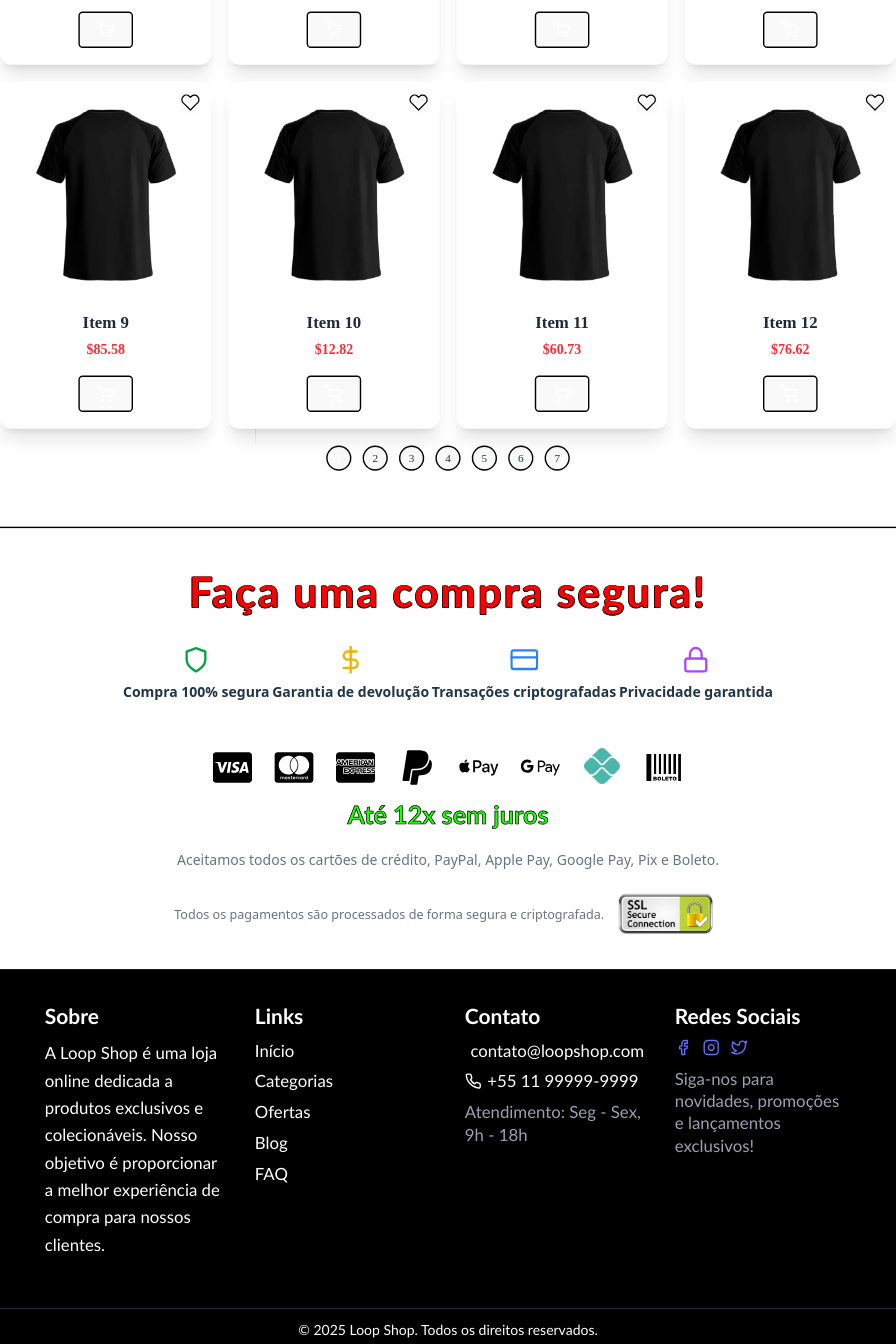
Repository: Kevin-Pro-Codes/looping-e-commerce
Page: / (app in loop-client/)
These files come from the project's save history. The page is drawn as it stood at one moment and after the next save; the edit follows.
The browser window is 1280 px wide. The pictures show the part of the page from y = 1439 to 3359 px (the page is 3368 px tall), at 70% of full size.
The project was rebuilt for these pictures with package versions that can differ from the ones it lists, and the page was loaded fresh each time. Also part of the build but not shown: loop-client/vite.config.js.

Above is the page before, as saved 2025-10-02 19:09:58.

After the next save:
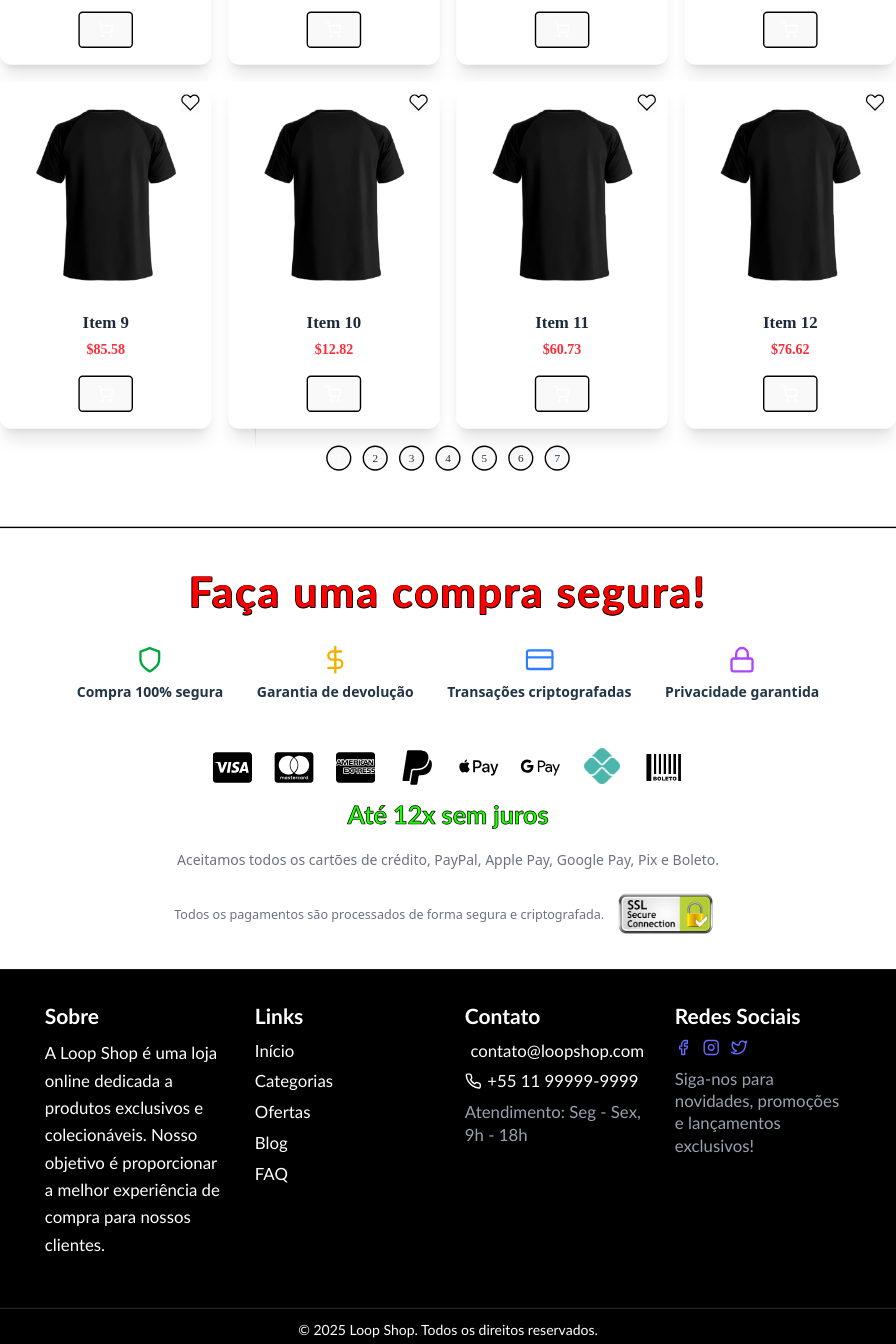
Saved 7 s later.
--- a/loop-client/src/components/Pagamento.jsx
+++ b/loop-client/src/components/Pagamento.jsx
@@ -41,7 +41,7 @@ const Pagamento = () => {
 
 
         {/* Selos de segurança */}
-        <div className="flex flex-col md:flex-row items-center justify-center gap-1 mb-16 text-center">
+        <div className="flex flex-col md:flex-row items-center justify-center gap-12 mb-16 text-center">
           <div className="flex flex-col items-center gap-3">
             <FiShield size={40} className="text-green-600" />
             <p className="text-xl font-semibold">Compra 100% segura</p>
